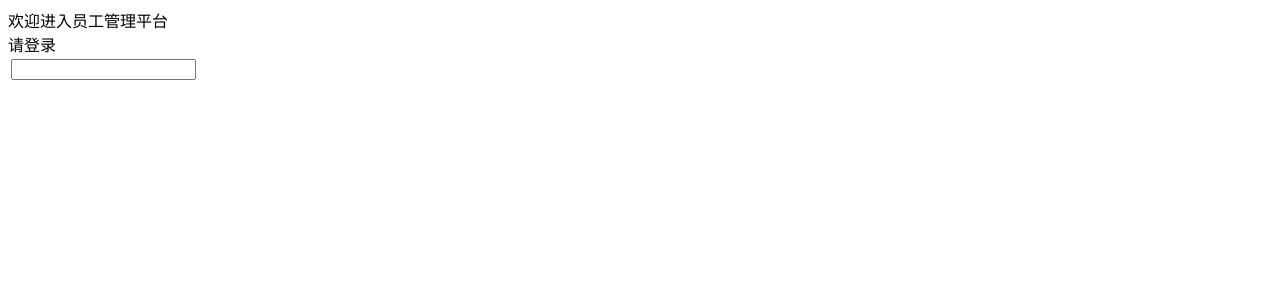
Repository: lgh06/myclass
Page: http://localhost/stuff/
The author's editor kept a copy of each file at every save. The page is drawn from the files as they stood at one save, then again after the next save.
The browser window is 1280 px wide. The pictures show the whole page.
The page is served by Tomcat 9.

Above is the page before, as saved 2014-03-21 07:57:00.

After the next save:
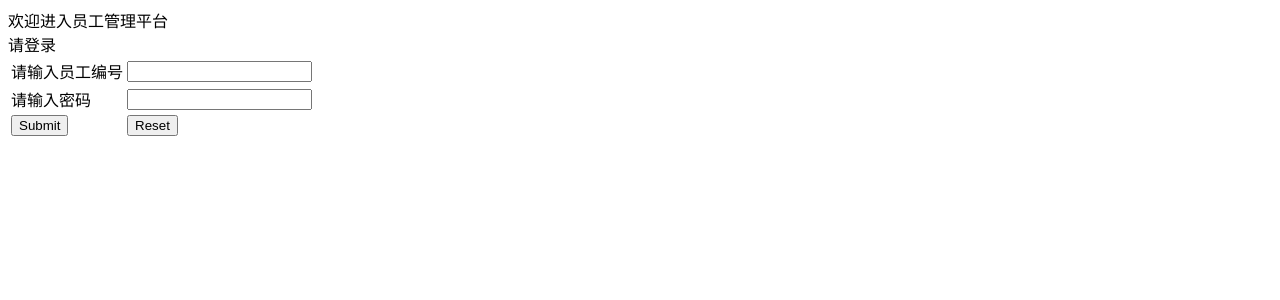
Saved 29 min 49 s later.
--- a/stuff/WebRoot/index.jsp
+++ b/stuff/WebRoot/index.jsp
@@ -25,8 +25,17 @@ String basePath = request.getScheme()+"://"+request.getServerName()+":"+request.
     <form action="login" method="post">
     <table>
    <tr>
+   <td>请输入员工编号</td>
    <td><input type="text" name="employeeId" /></td>
-   <td></td>
+   </tr>
+
+   <tr>
+   <td>请输入密码</td>
+   <td><input type="password" name="employeeId" /></td>
+   </tr>
+   <tr>
+   <td><input type="submit" /></td>
+   <td><input type="reset" /></td>
    </tr>
     </table>
     </form>
